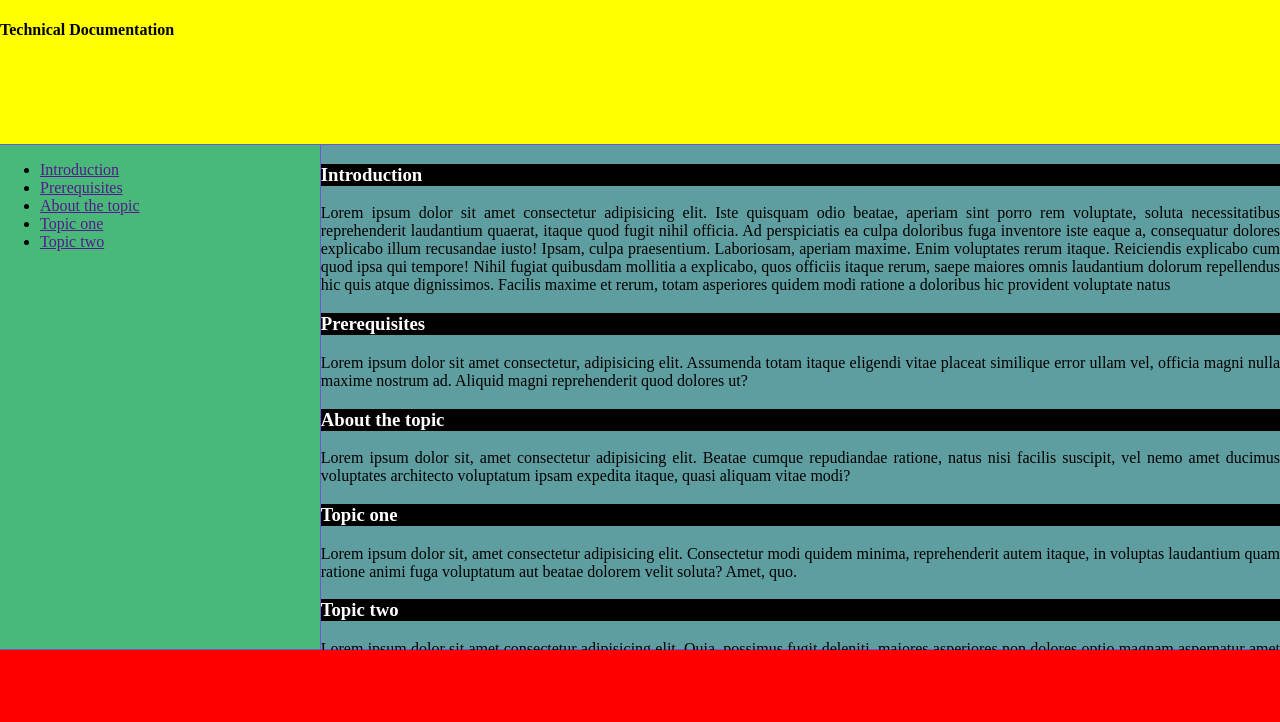
Repository: JoaoLemesDEV/Excercise-Tech-Documentation-Page
Page: index.html
An editor plug-in stored every save of this project. The page is shown before and after the next save, followed by the edit.
The browser window is 1280 px wide. The pictures show the whole page.

Above is the page before, as saved 2021-10-03 22:07:18.

### index.html
<!DOCTYPE html>
<html lang="en">
  <head>
    <meta charset="UTF-8" />
    <meta http-equiv="X-UA-Compatible" content="IE=edge" />
    <meta name="viewport" content="width=device-width, initial-scale=1.0" />
    <title>Technical Documentaion</title>
    <link rel="stylesheet" href="index.css" />
  </head>
  <body>
    <div class="wrapper">
      <header><h4>Technical Documentation</h4></header>
      <aside>
        <nav>
          <ul>
            <li><a href="">Introduction</a></li>
            <li><a href="">Prerequisites</a></li>
            <li><a href="">About the topic</a></li>
            <li><a href="">Topic one</a></li>
            <li><a href="">Topic two</a></li>
          </ul>
        </nav>
      </aside>
      <main>
        <section id="introduction">
          <h3 style="background: black; color: white">Introduction</h3>
          <p>
            Lorem ipsum dolor sit amet consectetur adipisicing elit. Iste
            quisquam odio beatae, aperiam sint porro rem voluptate, soluta
            necessitatibus reprehenderit laudantium quaerat, itaque quod fugit
            nihil officia. Ad perspiciatis ea culpa doloribus fuga inventore
            iste eaque a, consequatur dolores explicabo illum recusandae iusto!
            Ipsam, culpa praesentium. Laboriosam, aperiam maxime. Enim
            voluptates rerum itaque. Reiciendis explicabo cum quod ipsa qui
            tempore! Nihil fugiat quibusdam mollitia a explicabo, quos officiis
            itaque rerum, saepe maiores omnis laudantium dolorum repellendus hic
            quis atque dignissimos. Facilis maxime et rerum, totam asperiores
            quidem modi ratione a doloribus hic provident voluptate natus
          </p>
        </section>
        <section id="Prerequisites">
          <h3 style="background: black; color: white">Prerequisites</h3>
          <p>
            Lorem ipsum dolor sit amet consectetur, adipisicing elit. Assumenda
            totam itaque eligendi vitae placeat similique error ullam vel,
            officia magni nulla maxime nostrum ad. Aliquid magni reprehenderit
            quod dolores ut?
          </p>
        </section>
        <section id="about the topic">
          <h3 style="background: black; color: white">About the topic</h3>
          <p>
            Lorem ipsum dolor sit, amet consectetur adipisicing elit. Beatae
            cumque repudiandae ratione, natus nisi facilis suscipit, vel nemo
            amet ducimus voluptates architecto voluptatum ipsam expedita itaque,
            quasi aliquam vitae modi?
          </p>
        </section>
        <section id="topic one">
          <h3 style="background: black; color: white">Topic one</h3>
          <p>
            Lorem ipsum dolor sit, amet consectetur adipisicing elit.
            Consectetur modi quidem minima, reprehenderit autem itaque, in
            voluptas laudantium quam ratione animi fuga voluptatum aut beatae
            dolorem velit soluta? Amet, quo.
          </p>
        </section>
        <section id="topic two">
          <h3 style="background: black; color: white">Topic two</h3>
          <p>
            Lorem ipsum dolor sit amet consectetur adipisicing elit. Quia,
            possimus fugit deleniti, maiores asperiores non dolores optio magnam
            aspernatur amet dolore ipsum in quaerat assumenda neque totam sunt
            odit dolorum.
          </p>
        </section>
      </main>
      <footer></footer>
    </div>
  </body>
</html>

### index.css
html body {
  margin: 0;
  padding: 0;
  box-sizing: border-box;
  background-color: slateblue;
}
.wrapper {
  display: grid;
  grid-template-columns: 1fr 3fr;
  grid-template-rows: 20vh 70vh 10vh;
  grid-gap: 1px 1px;
  grid-template-areas: "h h" "a m" "f f";
}

header {
  background-color: yellow;
  grid-area: h;
}

aside {
  background-color: rgb(73, 185, 122);
  grid-area:a;
}

main {
  background-color: cadetblue;
  text-align: justify;
  grid-area: m;
}

footer {
  background-color: red;
  grid-area: f;
}

After the next save:
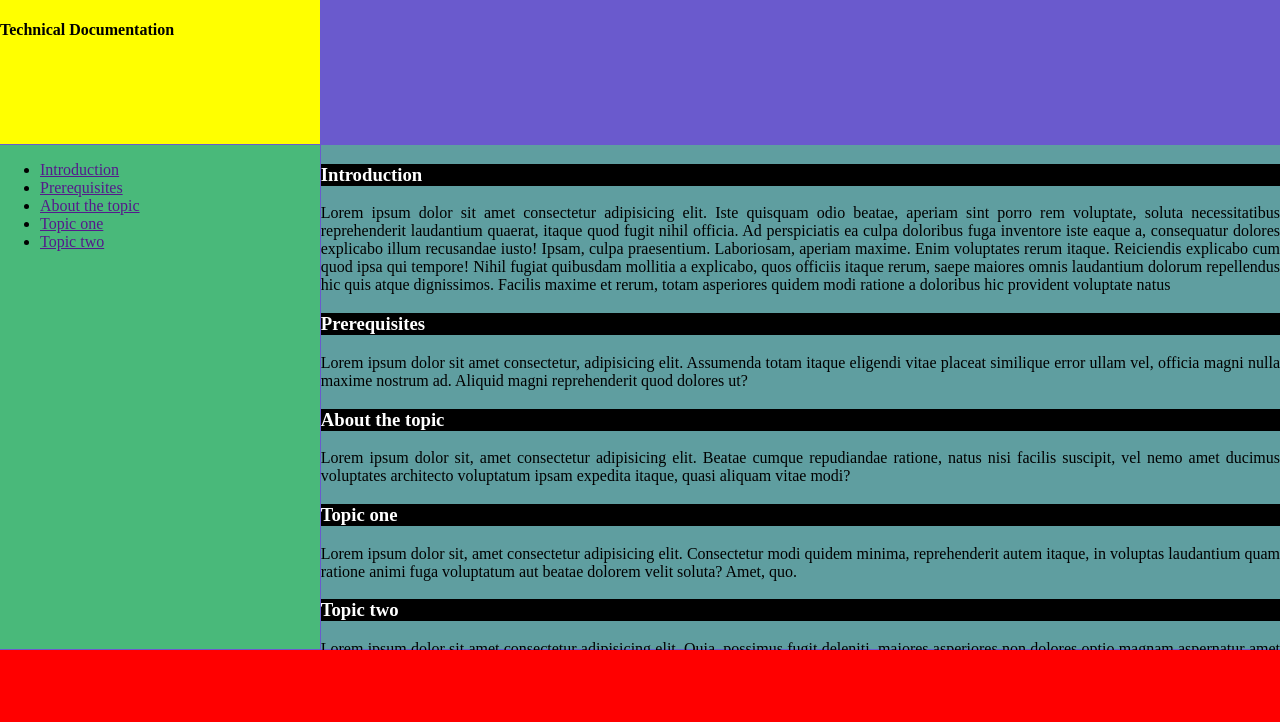
Saved 47 s later.
--- a/index.css
+++ b/index.css
@@ -14,7 +14,7 @@
 
 header {
   background-color: yellow;
-  grid-area: h;
+  grid-area: h h;
 }
 
 aside {

After the 2 saves that followed:
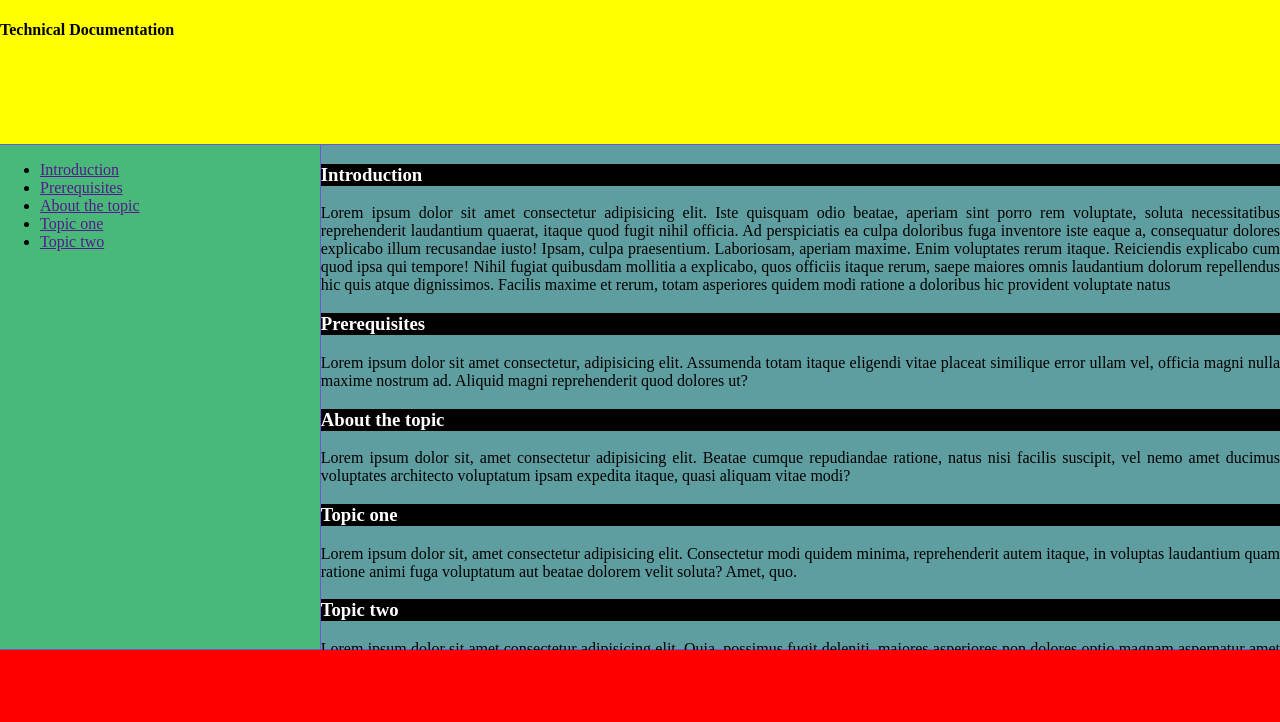
The 2 saves are shown as one change because they came seconds apart.
The last was saved 5 s later.
--- a/index.css
+++ b/index.css
@@ -14,7 +14,7 @@
 
 header {
   background-color: yellow;
-  grid-area: h h;
+  grid-area: h;
 }
 
 aside {
